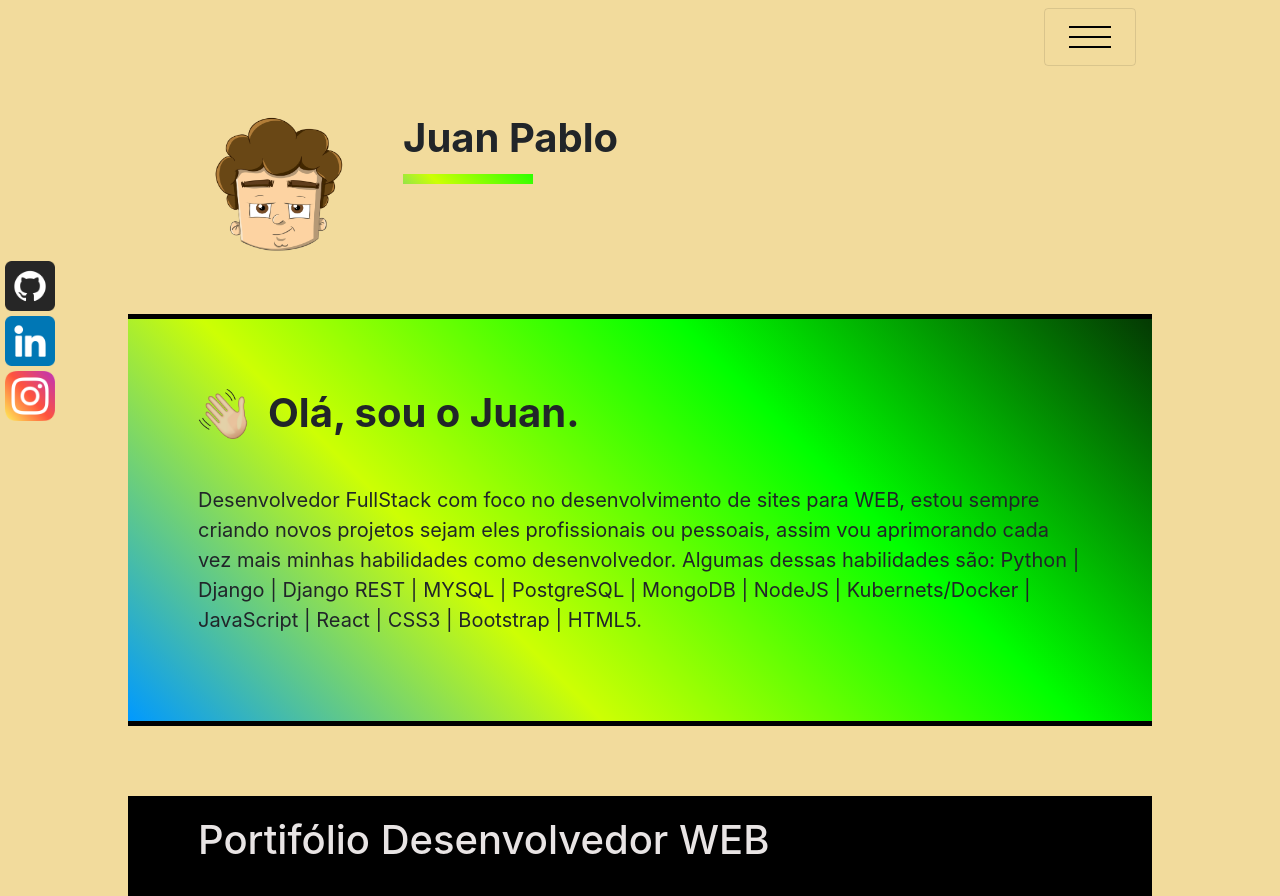
Repository: JuanPabloDS/portifolio
Page: http://localhost/
These files come from the project's save history. The page is drawn as it stood at one moment and after the next save; the edit follows.
The browser window is 1280 px wide. The pictures show the whole page.
The page is served by the project's application, run on Django 4.2 (manage.py). Other server files are loaded and not shown.

Above is the page before, as saved 2023-02-22 23:00:19.

### core/templates/index.html
{% extends 'base.html' %}

{% block content %}

{% include 'perfil.html' %}

{% include 'apresentacao.html' %}

{% include 'developer.html' %}

{% include 'footer.html' %}

{% endblock %}

### core/templates/base.html
{% load static %}
<!DOCTYPE html>
<html lang="pt-br">

    <head>
        <!-- Required meta tags -->
        <meta charset="UTF-8">
        <meta http-equiv="X-UA-Compatible" content="IE=edge">
        <meta name="viewport" content="width=device-width, initial-scale=1.0">
        <title>Portifólio</title>

        <!-- Bootstrap CSS -->
        <link rel="stylesheet" href="{% static 'css/bootstrap.min.css' %}">
        <link rel="stylesheet" href="{% static 'css/style.css' %}">


    </head>

    <body>
        <div class="pos-f-t">
            <nav class="navbar navbar-light menu">
              <button class="navbar-toggler" type="button" data-toggle="collapse" data-target="#navbarToggleExternalContent" aria-controls="navbarToggleExternalContent" aria-expanded="false" aria-label="Toggle navigation">
                <div class="burger"><i></i><i></i><i></i></div>
              </button>
            </nav>
            <div class="collapse" id="navbarToggleExternalContent">
              <div class="bg-dark p-4">
                <div class="menu-itens">
                  <h1>HOME</h1>
                </div>
                <div class="menu-itens">
                  <h1>HOME</h1>
                </div>
                <div class="menu-itens">
                  <h1>HOME</h1>
                </div>
                <div class="menu-itens">
                  <h1>HOME</h1>
                </div>
              </div>
            </div>
          </div>
{% block content %}
{% endblock %}

### core/templates/perfil.html
{% load static %}
<div class="perfil">
    <img src="{% static '/img/perfil/eu.png' %}" alt="">
    <div class="borda">
        <h1>Juan Pablo</h1>
    </div>
</div>

### core/templates/apresentacao.html
{% load static %}
<div class="apresentacao">
    <div class="texto">
        <div>
            <img src="{% static '/img/icons/acenar.png' %}" alt="">
            <h1>Olá, sou o Juan.</h1>
        </div>
        <div class="paragrafo">
            <p>Desenvolvedor FullStack com foco no desenvolvimento de sites para WEB, estou sempre criando
            novos projetos sejam eles profissionais ou pessoais, assim vou aprimorando cada vez
            mais minhas habilidades como desenvolvedor. Algumas dessas habilidades são:
            Python | Django | Django REST | MYSQL | PostgreSQL | MongoDB | NodeJS | Kubernets/Docker |
            JavaScript | React | CSS3 | Bootstrap | HTML5.   </p>
        </div>
    </div>
    <div class="icons">
        <img src="{% static '/img/icons/github.png' %}" alt="">
        <img src="{% static '/img/icons/linkedin.png' %}" alt="">
        <img src="{% static '/img/icons/instagram.png' %}" alt="">
    </div>
</div>

### core/templates/developer.html
{% load static %}
<div class="dev">
    <div class="dev-1">
        <h1>Portifólio Desenvolvedor WEB</h1>
    </div>
</div>

### core/templates/footer.html
{% load static %}
<!-- jQuery first, then Tether, then Bootstrap JS. -->
<script src="{% static 'js/jquery.js' %}"></script>
<script src="{% static 'js/bootstrap.js' %}" ></script>
<script src="{% static 'js/bootstrap.min.js' %}" ></script>
<script src="{% static 'js/bootstrap.bundle.js' %}" ></script>
<script src="{% static 'js/bootstrap.bundle.min.js' %}" ></script>
</body>
</html>

### core/views.py
from django.views.generic import TemplateView

class IndexView(TemplateView):
    template_name: str = 'index.html'

### portifolio/urls.py
"""portifolio URL Configuration

The `urlpatterns` list routes URLs to views. For more information please see:
    https://docs.djangoproject.com/en/4.1/topics/http/urls/
Examples:
Function views
    1. Add an import:  from my_app import views
    2. Add a URL to urlpatterns:  path('', views.home, name='home')
Class-based views
    1. Add an import:  from other_app.views import Home
    2. Add a URL to urlpatterns:  path('', Home.as_view(), name='home')
Including another URLconf
    1. Import the include() function: from django.urls import include, path
    2. Add a URL to urlpatterns:  path('blog/', include('blog.urls'))
"""
from django.contrib import admin
from django.urls import path, include

from django.conf.urls.static import static
from django.conf import settings

urlpatterns = [
    path('admin/', admin.site.urls),
    path('', include('core.urls')),
] + static(settings.MEDIA_URL, document_root=settings.MEDIA_ROOT)

### core/urls.py
from django.urls import path
from .views import IndexView

urlpatterns = [
    path('', IndexView.as_view(), name='index')
]

### core/static/css/style.css
/*! Menu inicial */

body{
    width: 80%;
    margin: auto;
    background-color: #f2db9c;
}

@media screen and (max-width: 600px) {
    body{
        width: 100%;
        margin: auto;
    }

}

.burger {

    z-index: 9998;
    cursor: pointer;
    padding: 5px 4px;
    background-color: transparent;
}

.burger i {
    display: block;
    width: 42px;
    height: 2px;
    margin: 8px;
    background-color: black;
}

.burger:active,
.burger:focus {
 outline-color:0;
 outline-style:none;
 outline-width:0
}
.burger i {
 display:block;
 width:42px;
 height:2px;
 margin:8px;
 background-color:black
}

.burger i:nth-child(n) {
 -moz-transition:-moz-transform .45s cubic-bezier(.43,.77,.15,1.5),background .3s ease;
 -o-transition:-o-transform .45s cubic-bezier(.43,.77,.15,1.5),background .3s ease;
 -webkit-transition:-webkit-transform .45s cubic-bezier(.43,.77,.15,1.5),background .3s ease;
 transition:transform .45s cubic-bezier(.43,.77,.15,1.5),background .3s ease
}
.burger.hover i:nth-child(1) {
 -moz-transform:translate3d(0,-4px,0);
 -ms-transform:translate3d(0,-4px,0);
 -webkit-transform:translate3d(0,-4px,0);
 transform:translate3d(0,-4px,0)
}
.burger.hover i:nth-child(3) {
 -moz-transform:translate3d(0,4px,0);
 -ms-transform:translate3d(0,4px,0);
 -webkit-transform:translate3d(0,4px,0);
 transform:translate3d(0,4px,0)
}
.burger.st-1 {
 animation:rotate-back-in .8s cubic-bezier(.2,.86,.35,1) forwards;
 -webkit-animation:rotate-back-in .8s cubic-bezier(.2,.86,.35,1) forwards
}
.burger.st-1 i:nth-child(1) {
 -moz-transform:translate3d(0,9px,0);
 -ms-transform:translate3d(0,9px,0);
 -webkit-transform:translate3d(0,9px,0);
 transform:translate3d(0,9px,0)
}
.burger.st-1 i:nth-child(3) {
 -moz-transform:translate3d(0,-9px,0);
 -ms-transform:translate3d(0,-9px,0);
 -webkit-transform:translate3d(0,-9px,0);
 transform:translate3d(0,-9px,0)
}
.burger.st-2 {
 animation:rotate-back-out .85s cubic-bezier(.2,.86,.35,1) forwards;
 -webkit-animation:rotate-back-out .85s cubic-bezier(.2,.86,.35,1) forwards
}
.burger.st-2 i:nth-child(1) {
 -moz-transform:translate3d(0,10px,0) rotate(45deg) scale(1.5);
 -ms-transform:translate3d(0,10px,0) rotate(45deg) scale(1.5);
 -webkit-transform:translate3d(0,10px,0) rotate(45deg) scale(1.5);
 transform:translate3d(0,10px,0) rotate(45deg) scale(1.5)
}
.burger.st-2 i:nth-child(2) {
 opacity:0
}
.burger.st-2 i:nth-child(3) {
 -moz-transform:translate3d(0,-10px,0) rotate(-45deg) scale(1.5);
 -ms-transform:translate3d(0,-10px,0) rotate(-45deg) scale(1.5);
 -webkit-transform:translate3d(0,-10px,0) rotate(-45deg) scale(1.5);
 transform:translate3d(0,-10px,0) rotate(-45deg) scale(1.5)
}
.burger.st-2.hover i:nth-child(1) {
 -moz-transform:translate3d(0,10px,0) rotate(50deg) scale(1.5);
 -ms-transform:translate3d(0,10px,0) rotate(50deg) scale(1.5);
 -webkit-transform:translate3d(0,10px,0) rotate(50deg) scale(1.5);
 transform:translate3d(0,10px,0) rotate(50deg) scale(1.5)
}
.burger.st-2.hover i:nth-child(3) {
 -moz-transform:translate3d(0,-10px,0) rotate(-50deg) scale(1.5);
 -ms-transform:translate3d(0,-10px,0) rotate(-50deg) scale(1.5);
 -webkit-transform:translate3d(0,-10px,0) rotate(-50deg) scale(1.5);
 transform:translate3d(0,-10px,0) rotate(-50deg) scale(1.5)
}

.menu{
    height: 20%;
    background-color: #f2db9c;
    color: black;
}

.menu button{
    position: relative;
    right: inherit;
    float: right;
    margin-left: auto;
    color: black;
}

.menu span {
    color: black;
}



.menu-itens {
    height: 80px;
    background-color: blue;
    text-align: center;
    padding-top: 13px;
    margin-bottom: 10px;
    font-size: 50%;
}

@media screen and (max-width: 600px){
    .menu button{
        position: relative;
        padding-top: 0;
        right: inherit;
        padding-right: 0;
        padding-left: 5px;
        padding-bottom: 0;
        width: 60px;
        height: 50px;
    }

    .menu-itens {
        height: 30px;
        background-color: blue;
    }

    .menu-itens h1 {
        font-size: 150%;
        line-height: 0.2;
    }

    .burger i {
        width:25px;
        height:2px;
       }
}

/*! Fim Menu inicial */

/*! Perfil */

.perfil{
    padding-top: 40px;
    padding-left: 80px;
    margin-bottom: 200px;
}

.perfil img {
    width: 140px;
    height: 140px;
    float: left;
}

.perfil h1 {
    margin-left: 50px;
    position: absolute;
    font-weight: bold;


}
.borda{
    position: relative;
    padding-left: 145px;
}

.borda::before, .borda::after{
    content: '';
    position: absolute;
    z-index: -1;
    width: calc(130px);
    height: calc(10px);
    top: 60px;
    background: linear-gradient(45deg, #0099ff, #cdff04, #00ff00, #043903 );
    margin-left: 50px;
    background-size: 300%;
    animation: AnimarBorda 8s linear infinite;

}

@keyframes AnimarBorda {
    0% {
        background-position: 0;
    }
    100% {
        background-position: 300%;
    }
}

@media screen and (max-width: 900px) {
    .perfil {
        padding-left: 20px;
        margin-bottom: 100px;

    }
    .perfil img {
        width: 60px;
        height: 60px;
    }
    .perfil h1 {
        font-size: 30px;
    }

    .borda{
        padding-left: 30px;
    }

    .borda::before, .borda::after{
        margin-left: 20px;
        top: 40px;

    }

}

/*! Fim Perfil */

/*! Apresentaçao */

.apresentacao{
    background-color: #f2e5c0;
    padding: 70px;
    position: relative;
    border-bottom: 5px solid black;
    border-top: 5px solid black;
    background: linear-gradient(45deg,#0099ff, #cdff04, #00ff00, #043903
    );
    animation-name: ring;
    animation-duration: 1000ms;
    animation-timing-function: linear;
    animation-iteration-count: infinite;
    display: flex;
    justify-content: center;
    align-items: center;

@keyframes ring {
    0%{
        tranform:rotate(-360deg)
    }
}

}

.texto {
    display: flex;
    flex-direction: column ;
    flex-wrap: wrap;
}

.texto h1 {
    margin-left: 20px;
    font-weight: bold;
    float: left;
    align-self: stretch;
}

.texto img {
    width: 50px;
    height: 50px;
    float: left;
}

.paragrafo p {
    margin-top: 40px;
    font-size: 20px;
}

.icons{
    position: fixed;
    padding-bottom: 23%;
    padding-left: 5px;
    bottom: 0;
    left: 0;
    width: 50px;
}

.icons img{
    width: 50px;
    height: 50px;
    margin-bottom: 5px;
}

@media screen and (max-width: 900px) {
    .icons{
        width: 20px;
    }

    .icons img{
        width: 20px;
        height: 20px;
        margin-bottom: 5px;
    }

    .texto h1 {
        font-size: 20px;
    }

    .texto img {
        width: 25px;
        height: 25px;
    }

    .paragrafo p {
        margin-top: 20px;
        font-size: 15px;
    }

}

/*! Fim Apresetação */

/*! Developer */

.dev-1 {
    margin-top: 70px;
    height: 100px;
    background-color: black;
    padding-top: 20px;
    padding-left: 70px;
}

.dev-1 h1 {
    color: rgb(232, 228, 228);

}

Loaded but not shown: core/static/css/bootstrap.min.css (library); core/static/js/jquery.js (library); core/static/js/bootstrap.js (library); core/static/js/bootstrap.min.js (library); core/static/js/bootstrap.bundle.js (library); core/static/js/bootstrap.bundle.min.js (library)

After the next save:
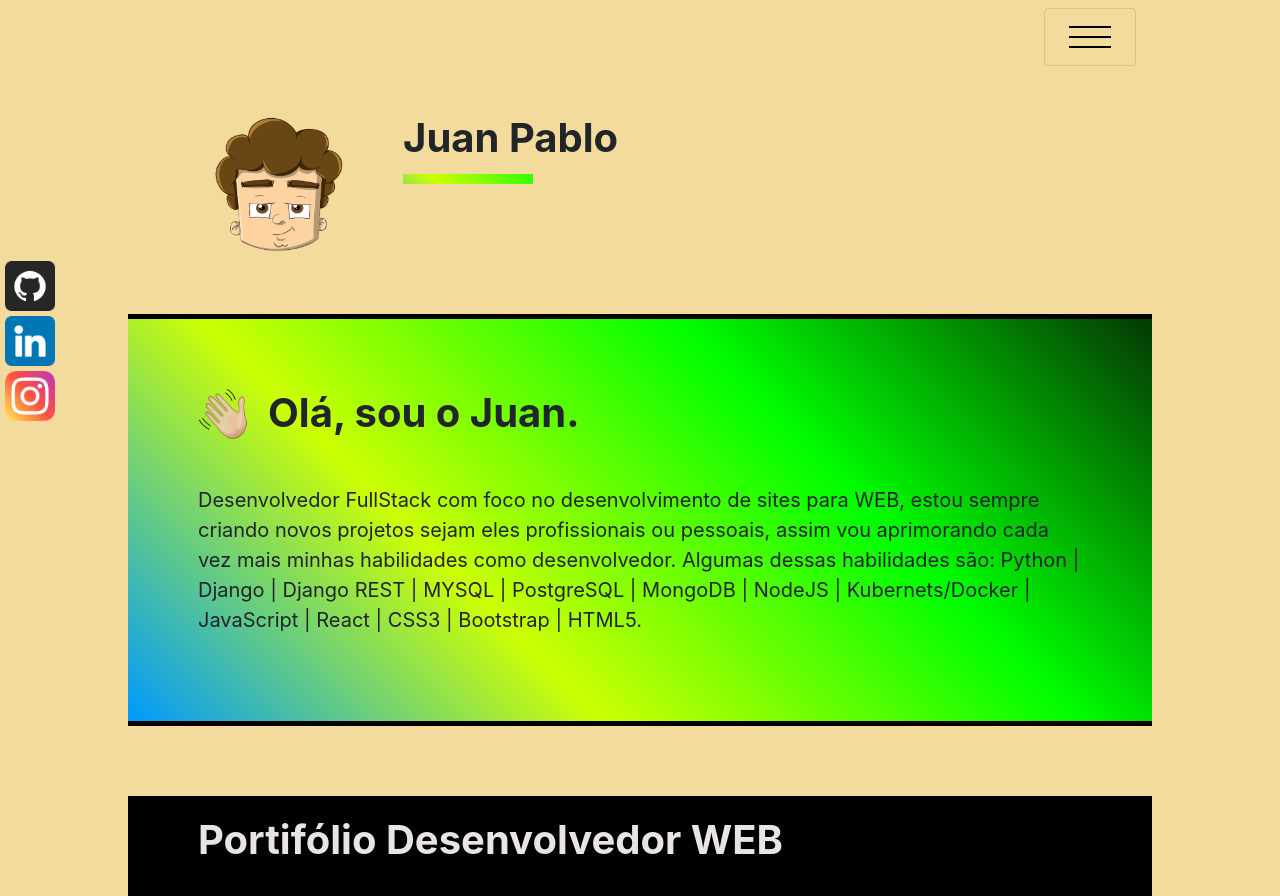
Saved 55 s later.
--- a/core/static/css/style.css
+++ b/core/static/css/style.css
@@ -352,5 +352,6 @@ body{
 
 .dev-1 h1 {
     color: rgb(232, 228, 228);
-
-}
+    font-weight: bold;
+
+}
